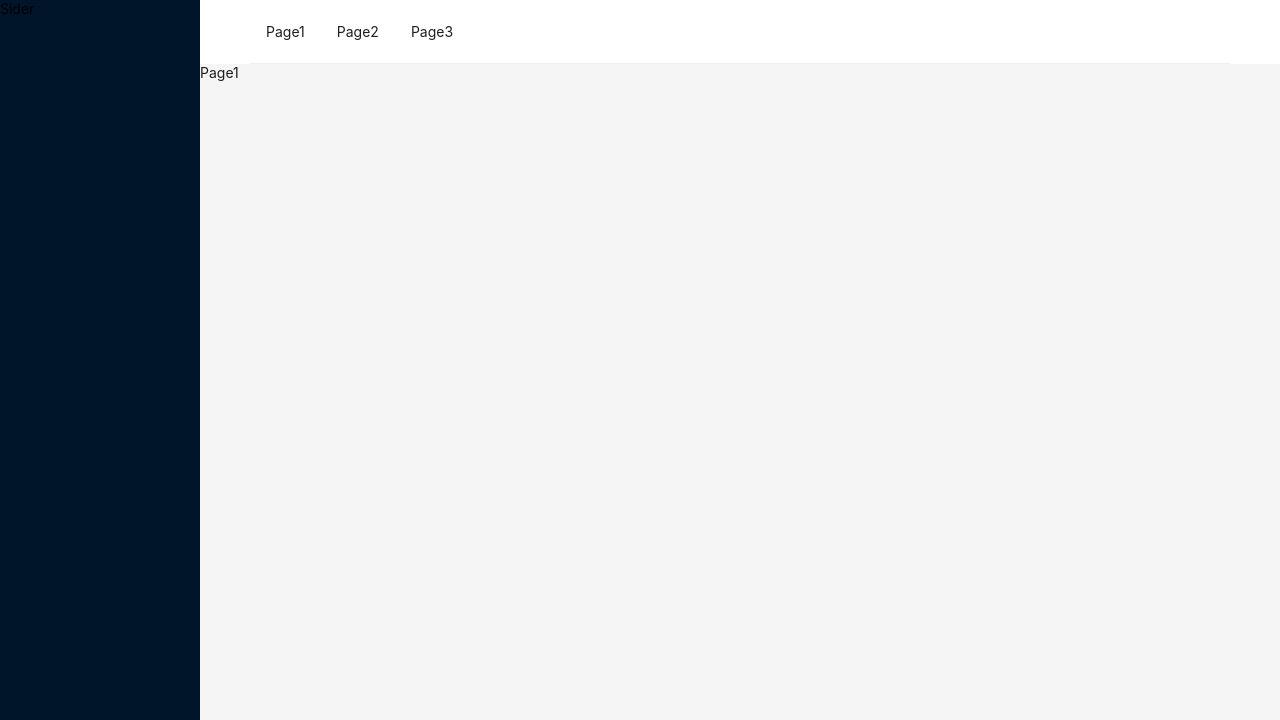
Repository: BESTETURKMEN/e-commerce
Page: /
The author's editor kept a copy of each file at every save. The page is drawn from the files as they stood at one save, then again after a run of saves.
The browser window is 1280 px wide. The pictures show the whole page.
The project was rebuilt for these pictures with package versions that can differ from the ones it lists, and the page was loaded fresh each time. Also part of the build but not shown: webpack.config.js, src/pages/page2.jsx, src/pages/page3.jsx.

Above is the page before, as saved 2023-08-21 10:08:05.

### public/index.html
<!DOCTYPE html>
<html lang="en">
  <head>
    <meta charset="utf-8" />

    <meta name="viewport" content="width=device-width, initial-scale=1" />
    <meta name="theme-color" content="#000000" />
    <meta
      name="description"
      content="Web site created using create-react-app"
    />
    <link rel="apple-touch-icn" href="" />

    <title>React App</title>
  </head>
  <body>
    <noscript>You need to enable JavaScript to run this app.</noscript>
    <div id="root"></div>
  </body>
</html>

### src/index.js
import React from "react";
import ReactDOM from "react-dom/client";

import { HashRouter } from "react-router-dom";

import reportWebVitals from "./reportWebVitals";
import RouteWrapper from "./config/routeWrapper";

const root = ReactDOM.createRoot(document.getElementById("root"));
root.render(
  <React.StrictMode>
    <HashRouter>
      <RouteWrapper />
    </HashRouter>
  </React.StrictMode>
);

// If you want to start measuring performance in your app, pass a function
// to log results (for example: reportWebVitals(console.log))
// or send to an analytics endpoint. Learn more: https://bit.ly/CRA-vitals
reportWebVitals();

### src/config/routeWrapper.jsx
import React from "react";
import { Route, Routes } from "react-router";

import Index from "../layout";
import Page1 from "../pages/page1";
import Page2 from "../pages/page2";
import Page3 from "../pages/page3";

export default function RouteWrapper() {
  return (
    <div>
      <Routes>
        <Route element={<Index />}>
          <Route path="/" element={<Page1 />} />
          <Route path="/Page2" element={<Page2 />} />
          <Route path="/Page3" element={<Page3 />} />
        </Route>
      </Routes>
    </div>
  );
}

### src/layout/index.jsx
import React from "react";
import { Outlet } from "react-router";
import { Layout } from "antd";

import Header from "./header";

import "./layout.scss";
import Sider from "./sider";

export default function Index() {
  return (
    <div className="layout">
      <Layout>
        <Layout.Sider>
          <Sider />
        </Layout.Sider>
        <Layout>
          <Layout.Header>
            <Header />
          </Layout.Header>
          <Layout.Content className="content">
            <Outlet />
          </Layout.Content>
        </Layout>
      </Layout>
    </div>
  );
}

### src/pages/page1.jsx
import React from "react";

export default function Page1() {
  return <div>Page1</div>;
}

### src/layout/header.jsx
import { Menu } from "antd";
import React from "react";
import { Link } from "react-router-dom";
import "./layout.scss";

export default function Header() {
  const menu = [
    {
      key: "1",
      label: "Page1",
      path: "/",
    },
    {
      key: "2",
      label: "Page2",
      path: "/Page2",
    },
    {
      key: "3",
      label: "Page3",
      path: "/Page3",
    },
  ];
  return (
    <div className="header">
      <div className="menuLine">
        <Menu mode="horizontal">
          {menu.map((item) => (
            <Menu.Item key={item.key}>
              <Link to={item.path}>{item.label}</Link>
            </Menu.Item>
          ))}
        </Menu>
      </div>
    </div>
  );
}

### src/layout/layout.scss
* {
  margin: 0;
  padding: 0;
  box-sizing: border-box;
}

.layout {
  .ant-layout {
    height: 100vh;

    .ant-layout-header {
      background-color: rgb(255, 255, 255) !important;
    }
  }
}

### src/layout/sider.jsx
import React from "react";

export default function Sider() {
  return <div>Sider</div>;
}

Loaded but not shown: src/reportWebVitals.js (common file)

After the next 3 saves:
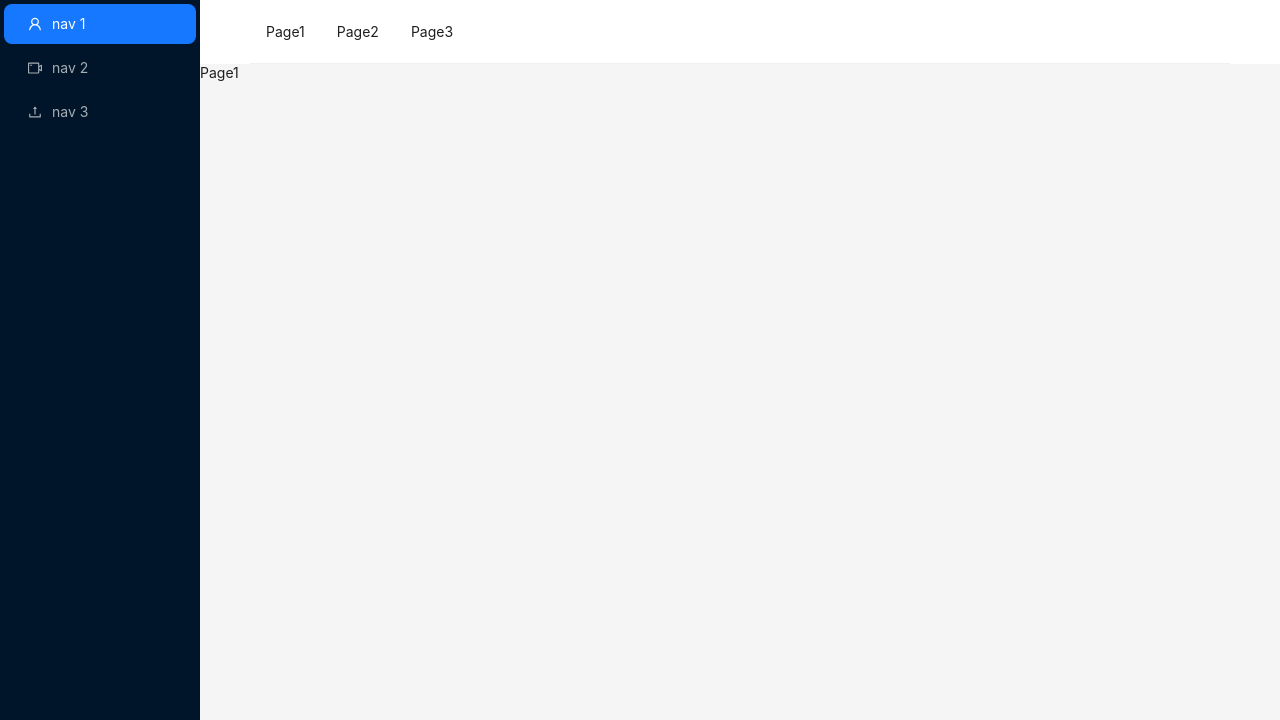
The 3 saves are shown as one change because 2 did not build or start.
The last was saved 9 min 37 s later.
--- a/src/layout/sider.jsx
+++ b/src/layout/sider.jsx
@@ -1,5 +1,39 @@
+import { Menu } from "antd";
 import React from "react";
+import {
+  MenuFoldOutlined,
+  MenuUnfoldOutlined,
+  UploadOutlined,
+  UserOutlined,
+  VideoCameraOutlined,
+} from "@ant-design/icons";
 
 export default function Sider() {
-  return <div>Sider</div>;
+  return (
+    <div>
+      <div className="demo-logo-vertical" />
+      <Menu
+        theme="dark"
+        mode="inline"
+        defaultSelectedKeys={["1"]}
+        items={[
+          {
+            key: "1",
+            icon: <UserOutlined />,
+            label: "nav 1",
+          },
+          {
+            key: "2",
+            icon: <VideoCameraOutlined />,
+            label: "nav 2",
+          },
+          {
+            key: "3",
+            icon: <UploadOutlined />,
+            label: "nav 3",
+          },
+        ]}
+      />
+    </div>
+  );
 }
